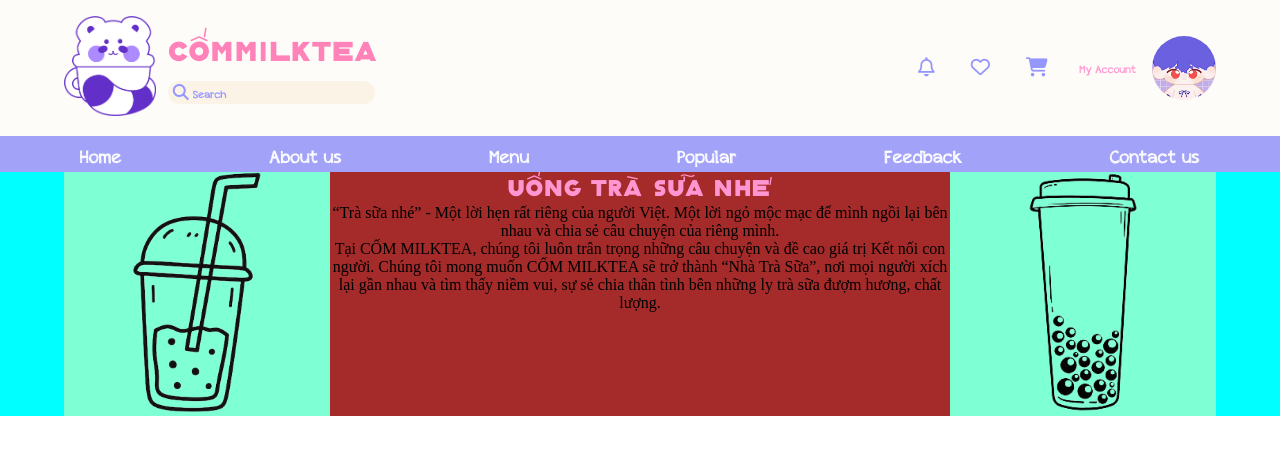
Repository: khangnguyencc/ComMilkTea
Page: HTML/ABOUTUS.html
The author's editor kept a copy of each file at every save. The page is drawn from the files as they stood at one save, then again after a run of saves.
The browser window is 1280 px wide. The pictures show the whole page.
Some web libraries are served in a nearby version.

Above is the page before, as saved 2023-11-10 22:21:36.
Console error: ReferenceError: AOS is not defined

### HTML/ABOUTUS.html
<!DOCTYPE html>
<html>
    <head>
        <!-- LINK CSS  -->
        <link rel="stylesheet" href="../CSS/ANIMATION.css">
        <link rel="stylesheet" href="../CSS/FONT.css">
        <link rel="icon" href="../IMAGES/cốm milktea logo.png" type="images/x-icon">
        <link rel="stylesheet" href="../CSS/HOME.css">
        <link rel="stylesheet" href="../CSS/ABOUTUS.css">
        <title>CỐM MILKTEA - ABOUT US</title>
        <!-- ICON SEARCH -->
        <link rel="stylesheet" href="https://cdnjs.cloudflare.com/ajax/libs/font-awesome/4.7.0/css/font-awesome.min.css">
        <!-- ICON CHUÔNG  -->
        <script src="https://kit.fontawesome.com/1d1d7d2471.js" crossorigin="anonymous"></script>
        <!-- ICON HEART -->
        <script src='https://kit.fontawesome.com/a076d05399.js' crossorigin='anonymous'></script>
        <!-- ICON CART  -->
        <link rel="stylesheet" href="https://cdnjs.cloudflare.com/ajax/libs/font-awesome/4.7.0/css/font-awesome.min.css">
        <!-- HEADER STICKY  -->
        <script src="https://code.jquery.com/jquery-3.7.0.js"></script>

    </head>

    <body>

        <!-- PHẦN HEADER CHO WEBSITE -->
        <header>
            <header class="header-1">
                <div class="main-header">
                    <!-- ĐÂY LÀ LOGO CỐM MILK TEA -->
                    <div class="main-img" >
                        <img src="../IMAGES/cốm milktea logo.png" alt="LOGO CỐM MILKTEA">
                    </div>

                    <!-- ĐÂY LÀ THẺ BỐ CHỨA TÊN THƯƠNG HIỆU VÀ INPUT  -->
                    <div class="main-text-full">
                        <div class="middle">
                        <!-- ĐÂY LÀ TEXT THƯƠNG HIỆU -->
                            <div class="main-text">
                                <p>CỐMMILKTEA</p>
                            </div>
                            <!-- ĐÂY LÀ THANH INPUT -->
                            <div class="main-input">
                                <i class="fa fa-search">
                                    <input type="text" placeholder="Search">
                                </i>
                            </div>
                        </div>
                    </div>

                    <!-- PHẦN ACCOUNT  -->
                    <div class="main-account">
                        <!-- 3 ICON  -->
                        <div class="main-icon">
                            <!-- ICON CHUÔNG  -->
                            <i class='cl-hea far fa-bell'></i>
                            <!-- ICON TRÁI TIM -->
                            <i class='cl-hea far fa-heart'></i>
                            <!-- ICON GIỎ HÀNG -->
                            <i class="cl-hea fa fa-shopping-cart"></i>
                        </div>

                        <!-- MY ACCOUNT -->
                        <div class="main-account-1">
                            <p>My Account</p>
                            <!-- HÌNH ẢNH ACOUNT -->
                            <img src="../IMAGES/My Acount.png" alt="My Acount">
                        </div>
                    </div>
                </div>
            </header>

            <!-- Nội dung 1: MENU  -->
            <section class="sec-1">

                <article class="ar-1">

                    <nav class="main-menu">
                        <ul>
                            <!-- HOME -->
                            <li>
                                <a class="menu-task" href="#">Home</a>
                            </li>
                            <!-- ABOUT US  -->
                            <li>
                                <a class="menu-task" href="#">About us</a>
                            </li>
                            <!-- MENU  -->
                            <li>
                                <a class="menu-task" href="#">Menu</a>
                            </li>
                            <!-- POPULAR  -->
                            <li>
                                <a class="menu-task" href="#">Popular</a>
                            </li>
                            <!-- FEDDBACK  -->
                            <li>
                                <a class="menu-task" href="#">Feedback</a>
                            </li>
                            <!-- Contact us  -->
                            <li>
                                <a class="menu-task" href="#">Contact us</a>
                            </li>
                        </ul>
                    </nav>
                </article>
            </section>
        </header>

        <!-- NỘI DUNG 9: MÌNH TRÀ SỮA NHÉ  -->
        <section class="sec-9">

            <article class="ar-9">

                <div class="milktea-drink">

                    <div class="milktea-img">
                        <img src="../IMAGES/milktea1_crop.png" alt="MILK TEA IMAGE">
                    </div>

                    <div class="text-milktea">
                        <p>UỐNG TRÀ SỮA NHÉ</p>
                        <div class="row-drink"></div>
                        <p>“Trà sữa nhé” - Một lời hẹn rất riêng của người Việt. Một lời ngỏ mộc mạc để mình ngồi lại bên nhau và chia sẻ câu chuyện của riêng mình.</p>
                        <p>Tại CỐM MILKTEA, chúng tôi luôn trân trọng những câu chuyện và đề cao giá trị Kết nối con người. Chúng tôi mong muốn CỐM MILKTEA sẽ trở thành “Nhà Trà Sữa”, nơi mọi người xích lại gần nhau và tìm thấy niềm vui, sự sẻ chia thân tình bên những ly trà sữa đượm hương, chất lượng.</p>
                    </div>

                    <div class="milktea-img">
                        <img src="../IMAGES/milktea2_crop.png" alt="MILK TEA IMAGE">
                    </div>

                </div>




            </article>


        </section>






    <!-- Javascript -->
    <script>
        //Hiệu ứng sticky
        $(document).ready(function () {
            $(window).scroll(function () {
                if ($(this).scrollTop()) {
                    $('header').addClass('sticky');
                }
                else {
                    $('header').removeClass('sticky');
                }
            });
        });

        //Hiệu ứng con số
        $(document).ready(function(){
        $('.num').counterUp({
            delay: 15,
            time: 1200
        });
        });

        //Hiệu ứng fadein
        AOS.init();
    </script>


    </body>
</html>

### CSS/ANIMATION.css
@keyframes go {
    0%{
        transform: translateY(0);
    }
    50%{
        transform: translateY(2px);
    }
    100%{
        transform: translateY(0);
    }
}
/* Animation */
@keyframes animated {
    0%{
        transform: scale(1);
    }
    100%{
        transform: scale(1.1);
    }
}

### CSS/FONT.css
@font-face {
    font-family: ClassiqueSaigon;
    src: url(../FONTS/ClassiqueSaigon\ Full.otf);
}

@font-face {
    font-family: BRITANIC;
    src: url(../FONTS/BRITANIC.ttf);
}

@font-face {
    font-family: SVN-Appleberry;
    src: url(../FONTS/SVN-Appleberry.ttf);
}
@import url('https://fonts.googleapis.com/css2?family=Alumni+Sans:ital,wght@1,100&family=Open+Sans:wght@300&display=swap');

### CSS/ABOUTUS.css
*{
    margin: 0;
    padding: 0;
}

/* <!-- NỘI DUNG 9: MÌNH TRÀ SỮA NHÉ  --> */
.sec-9{
    width: 100%;
    background-color: aqua;
}
.sec-9 .ar-9{
    width: 90%;
    margin: 0 auto;
    background-color: brown;
}
.sec-9 .ar-9 .milktea-drink{
    display: flex;
    justify-content: space-between;
}
/* CSS CHO ẢNH  */
.sec-9 .ar-9 .milktea-drink .milktea-img{
    width: calc(30%);
    background-color: aquamarine;
    text-align: center;
}
.sec-9 .ar-9 .milktea-drink .milktea-img img{
    width: 10rem;
    height: 15rem;
    object-fit: contain;
}
/* CSS CHO CHỮ  */
.sec-9 .ar-9 .milktea-drink .text-milktea{
    width: 70%;
    text-align: center;
}
.sec-9 .ar-9 .milktea-drink .text-milktea p:nth-of-type(1){
    color: #FF96D1;
    font-family: ClassiqueSaigon;
    font-size: 2.5vw;
}
.sec-9 .ar-9 .milktea-drink .text-milktea .row-drink{
    color: #FF96D1;
    font-family: ClassiqueSaigon;
    font-size: 2.5vw;
}

Loaded but not shown: CSS/HOME.css (866 lines, source omitted)

After the next 3 saves:
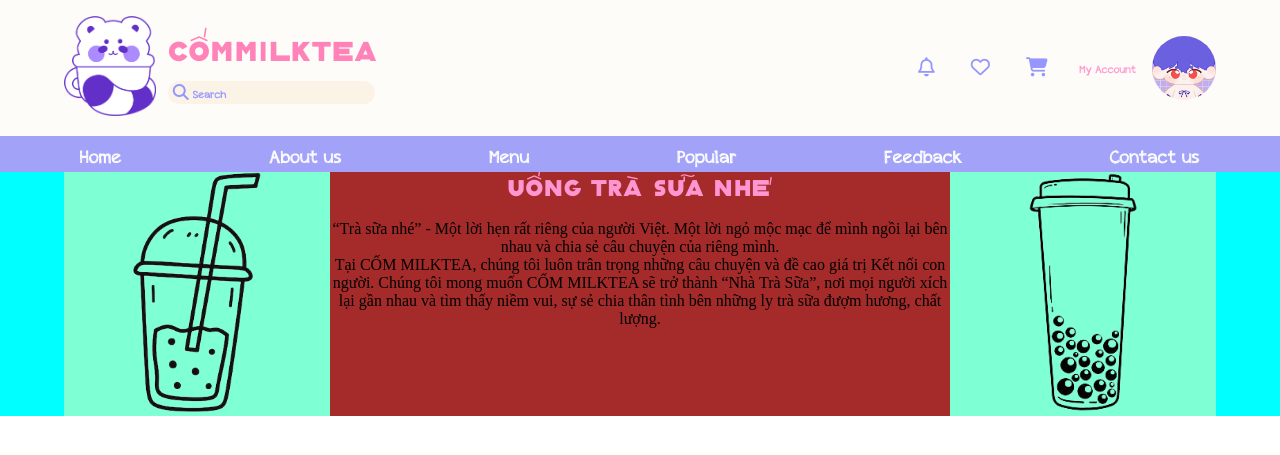
The 3 saves are shown as one change because they came seconds apart.
The last was saved 14 s later.
--- a/CSS/ABOUTUS.css
+++ b/CSS/ABOUTUS.css
@@ -39,7 +39,6 @@
     font-size: 2.5vw;
 }
 .sec-9 .ar-9 .milktea-drink .text-milktea .row-drink{
-    color: #FF96D1;
-    font-family: ClassiqueSaigon;
-    font-size: 2.5vw;
+    width: 50%;
+    height: 1rem;
 }
